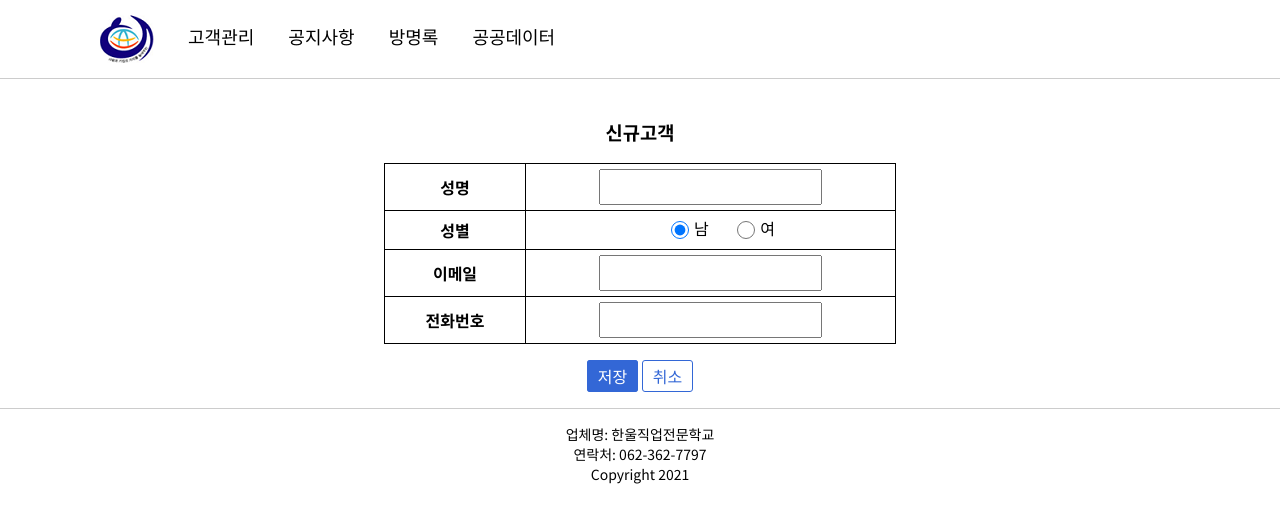
Repository: JSY93/spring-web
Page: http://localhost/iot/WEB-INF/views/customer/new.jsp
These files come from the project's save history. The page is drawn as it stood at one moment and after the next save; the edit follows.
The browser window is 1280 px wide. The pictures show the whole page.
The page is served by Tomcat 9. Nobody is signed in. The template is opened directly, without the code that normally fills it, so the values that code supplies are empty.

Above is the page before, as saved 2021-01-12 05:33:17.

After the next save:
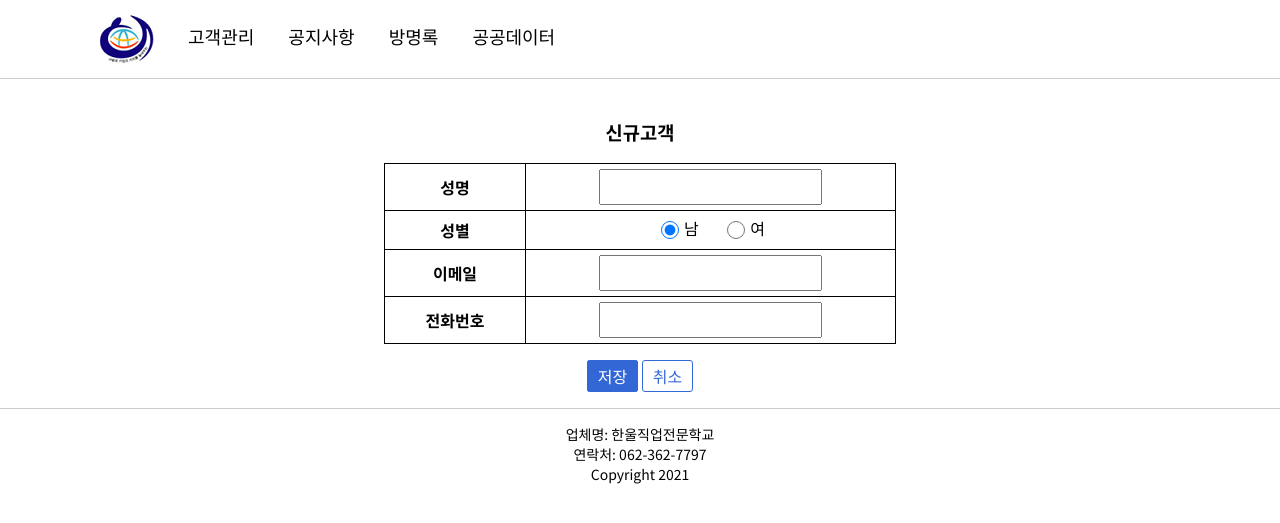
Saved 30 s later.
--- a/Study_Spring/iot/src/main/webapp/resources/css/common.css
+++ b/Study_Spring/iot/src/main/webapp/resources/css/common.css
@@ -45,7 +45,7 @@ input[type=radio] {
 	width:18px;  vertical-align:middle;
 	margin:0 5px 3px;
 }
-table tr td label { margin-left:20px; }
+table tr td label:not(:first-child) { margin-left:20px; }
 
 .w-pct80 { width:80% }
 .w-pct60 { width:60% }
